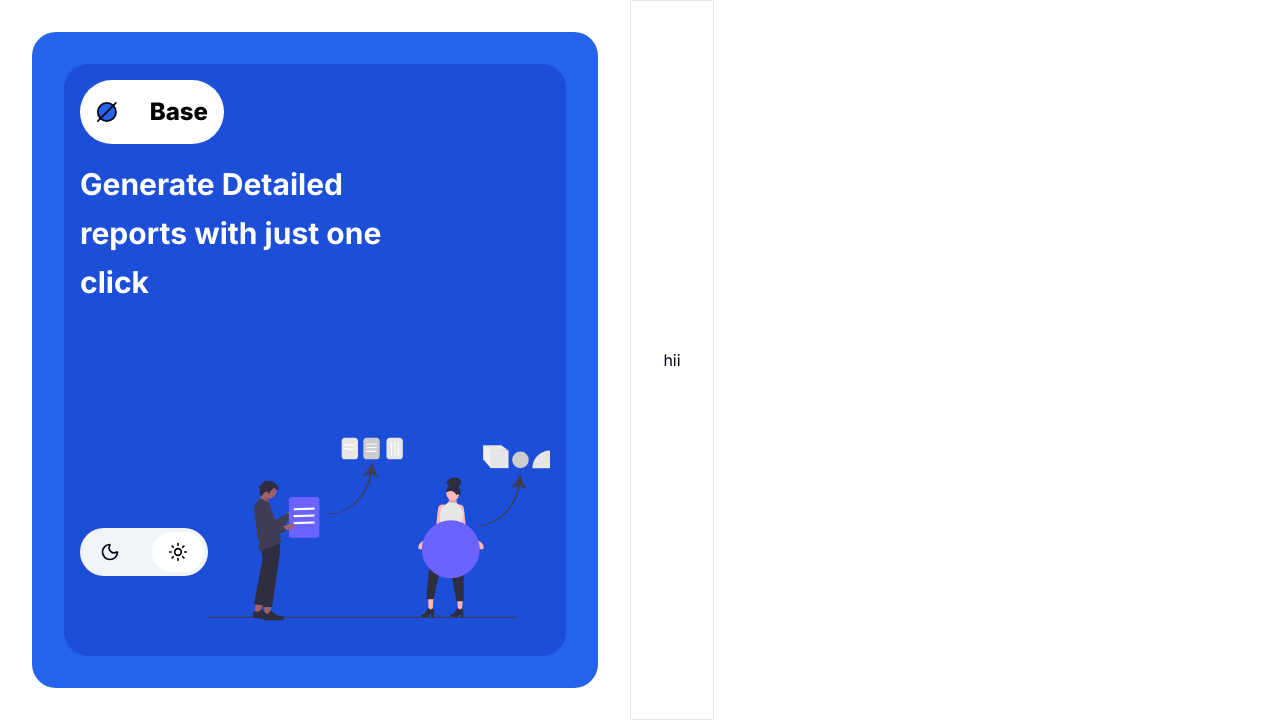
Repository: Hardyy00/openinapp_assignment
Page: /
The author's editor kept a copy of each file at every save. The page is drawn from the files as they stood at one save, then again after the next save.
The browser window is 1280 px wide. The pictures show the whole page.
The project was rebuilt for these pictures with package versions that can differ from the ones it lists, and the page was loaded fresh each time. The framework's server and built-in components were replaced by stand-ins that run in the browser. Also part of the build but not shown: next.config.mjs.

Above is the page before, as saved 2024-08-23 16:04:54.

After the next save:
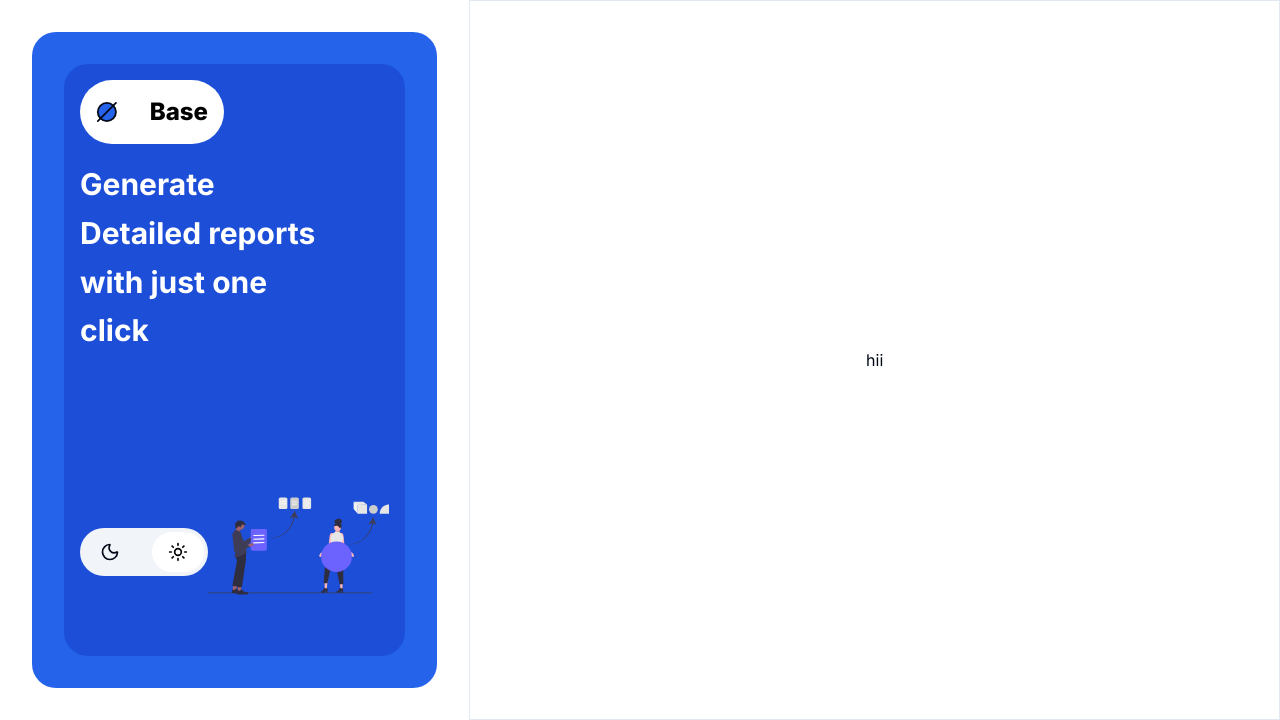
Saved 23 s later.
--- a/app/(auth)/layout.tsx
+++ b/app/(auth)/layout.tsx
@@ -11,7 +11,7 @@ export default function Layout({ children }: { children: React.ReactNode }) {
       <div className="w-full h-full flex flex-col lg:flex-row">
         <Intro />
 
-        <div>{children}</div>
+        <div className="flex-1">{children}</div>
       </div>
     </div>
   );
